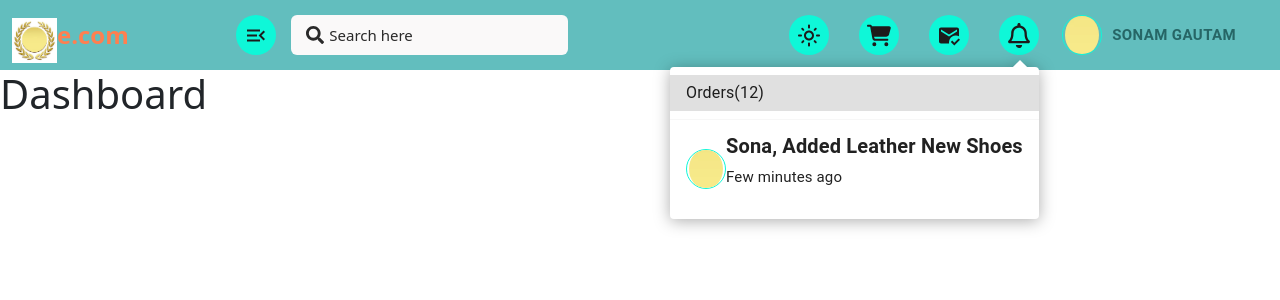
Repository: gautamsonam011/admin-react-dashboard
Page: /, after clicking the first element matching `div.col-sm-7 > :nth-child(4)`
An editor plug-in stored every save of this project. The page is shown before and after the next save, followed by the edit.
The browser window is 1280 px wide. The pictures show the whole page.
The project was rebuilt for these pictures with package versions that can differ from the ones it lists, and the page was loaded fresh each time.

Above is the page before, as saved 2025-04-15 13:06:29.

### src/App.js
import { BrowserRouter, Routes, Route } from 'react-router-dom';
import './App.css';
import 'bootstrap/dist/css/bootstrap.min.css';
import Dashboard from './pages/Dashboard/Dashboard';
import Header from "./components/Header/index";
function App() {
  return (
    <BrowserRouter>
    <Header/>
    <Routes>
      <Route path = "/" exact={true} element={<Dashboard/>} />
    </Routes>
    </BrowserRouter>
  );
}

export default App;

### src/App.css
@import url('https://fonts.googleapis.com/css2?family=Ubuntu:ital,wght@0,300;0,400;0,500;0,700;1,300;1,400;1,500;1,700&display=swap');

body{
  font-family: "Ubuntu", sans-serif;
  background-color: #f4f8f7;

}

header{
  width:100%;
  height: 70px;
  background-color:#62bebe;
}
header .logo{
  text-decoration: none;
}
header .logo img{
  margin-top: 10px;
  width:45px;

}

header .logo span{
color: coral;
font-weight: bolder;
font-size: 24px;
}
header button.rounded-circle{min-width:40px !important; width:40px !important; height: 40px !important; background-color:#0ff7d8 !important; margin: 15px;}
header button.rounded-circle svg{color:rgb(29, 27, 27); font-size: 25px !important; transition: all 0.2s ease-in-out;}
header button.rounded-circle:hover svg{color: #2585d4 !important;}
.searchBox{width:400px; height: 40px; background-color:#faf9f9; border-radius: 6px;padding: 3px 15px;}
.searchBox input{background: transparent;border:0px; outline:none; padding-left: 5px; font-size: 15px; color:#292929}
.searchBox input::-webkit-input-placeholder{color:#292929}
.searchBox svg{font-size: 18px; color:#292929 ;}

.userImg{display: flex; align-items:center; justify-content: center; overflow: hidden; width:40px; height: 40px; border:1px solid #0ff7d8; padding: 2px; border-radius: 100%;}
.userImg .rounded-circle{display: flex; align-items:center; justify-content: center; overflow: hidden; width: 40px; height: 40px; cursor: pointer; position: relative;}
.userImg .rounded-circle .img{object-fit: cover; width: 100%;}
.userInfo{padding-left: 10px;}
.userInfo h5{font-size: 15px; font-weight: 600; margin-bottom:0px; color: #266666;}

#account-menu li{font-size: 14px !important;}
#account-menu li svg{font-size: 20px !important}

.dropdown-list h4{font-size: 20px; font-weight:600;}
.dropdown-info p{font-size: 15px;}

### src/pages/Dashboard/Dashboard.jsx
const Dashboard = () =>{
    return (
        <>
        <h1>Dashboard</h1>
        </>
    )
}

export default Dashboard;

### src/components/Header/index.jsx
import React, { useState } from 'react';
import { Link } from "react-router-dom";
import logo from "../../assests/images/logo.jpg";
import Button from '@mui/material/Button';
import { MdMenuOpen } from "react-icons/md";
// import { MdOutlineMenu } from "react-icons/md";
import SearchBox from "../SearchBox";
import { MdOutlineLightMode } from "react-icons/md";
// import { MdDarkMode } from "react-icons/md";
import { FaCartShopping } from "react-icons/fa6";
import { MdMarkEmailRead } from "react-icons/md";
import { FaRegBell } from "react-icons/fa";


import Avatar from '@mui/material/Avatar';
import Menu from '@mui/material/Menu';
import MenuItem from '@mui/material/MenuItem';
import ListItemIcon from '@mui/material/ListItemIcon';
import Divider from '@mui/material/Divider';
import { FaShieldAlt } from "react-icons/fa";
import Settings from '@mui/icons-material/Settings';
import Logout from '@mui/icons-material/Logout';

const Header = () => {
    const [anchorEl, setAnchorEl] = useState(null);
    const [anchorElNotification, setAnchorElNotification] = useState(null);

    const open = Boolean(anchorEl);

    const handleOpenMyAccountDropdown = (event) => {
        if (anchorEl) {
            setAnchorEl(null);
        } else {
            setAnchorEl(event.currentTarget);
        }
    };

    const handleOpenMyAccountDropdownClose = () => {
        setAnchorEl(null);
    };

    // For Notification dropdown
    const handleOpennotificationsDrop = (event) => {
        setAnchorElNotification(event.currentTarget);
    };

    const handleClosenotificationsDrop = () => {
        setAnchorElNotification(null);
    };



    return (
        <>
            <header>
                <div className="container-fluid">
                    <div className="row d-flex align-items-center w-100">
                        {/* logo */}
                        <div className="col-sm-2">
                            <Link to="/" className="d-flex align-items-center logo">
                                <img src={logo} alt="logo" />
                                <span className="ml-2">e.com</span>
                            </Link>
                        </div>
                        <div className="col-sm-3 d-flex align-items-center pl-4">
                            <Button className="rounded-circle"><MdMenuOpen /></Button>
                            <SearchBox />
                        </div>
                        <div className="col-sm-7 d-flex align-items-center justify-content-end part3">
                            <Button className="rounded-circle"><MdOutlineLightMode /></Button>
                            <Button className="rounded-circle"><FaCartShopping /></Button>
                            <Button className="rounded-circle"><MdMarkEmailRead /></Button>
                            <Button className="rounded-circle" onClick={handleOpennotificationsDrop}>
                                <FaRegBell />
                            </Button>
                            <Menu
                                anchorEl={anchorElNotification}
                                open={Boolean(anchorElNotification)}
                                onClose={handleClosenotificationsDrop}
                                onClick={handleClosenotificationsDrop}
                                slotProps={{
                                    paper: {
                                        elevation: 0,
                                        sx: {
                                            overflow: 'visible',
                                            filter: 'drop-shadow(0px 2px 8px rgba(0,0,0,0.32))',
                                            mt: 1.5,
                                            '&::before': {
                                                content: '""',
                                                display: 'block',
                                                position: 'absolute',
                                                top: 0,
                                                right: 14,
                                                width: 10,
                                                height: 10,
                                                bgcolor: 'background.paper',
                                                transform: 'translateY(-50%) rotate(45deg)',
                                                zIndex: 0,
                                            },
                                        },
                                    },
                                }}
                                transformOrigin={{ horizontal: 'right', vertical: 'top' }}
                                anchorOrigin={{ horizontal: 'right', vertical: 'bottom' }}
                            >
                                <MenuItem onClick={handleClosenotificationsDrop}>
                                    Orders(12)
                                </MenuItem>
                                <Divider className="mb-2" />
                                <MenuItem onClick={handleClosenotificationsDrop}>
                                    <div className="d-flex align-items-center dropdown-list">
                                    <div className="userImg">
                                        <span className="rounded-circle">
                                            <img src={logo} alt="profile" />
                                        </span>

                                    </div>
                                    <div className='dropdown-info'>
                                        <h4>Sona, Added Leather New Shoes</h4>
                                        <p>Few minutes ago</p>
                                    </div>
                                    </div>
                                </MenuItem>
                            </Menu>

                            <div className="myAccountWrapper">
                                <Button className="myAccount d-flex align-items-center" onClick={handleOpenMyAccountDropdown}>
                                    <div className="userImg">
                                        <span className="rounded-circle">
                                            <img src={logo} alt="profile" />
                                        </span>

                                    </div>
                                    <div className="userInfo">
                                        <h5>Sonam Gautam</h5>
                                    </div>

                                    <Menu
                                        anchorEl={anchorEl}
                                        id="account-menu"
                                        open={open}
                                        onClose={handleOpenMyAccountDropdownClose}
                                        onClick={handleOpenMyAccountDropdownClose}
                                        slotProps={{
                                            paper: {
                                                elevation: 0,
                                                sx: {
                                                    overflow: 'visible',
                                                    filter: 'drop-shadow(0px 2px 8px rgba(0,0,0,0.32))',
                                                    mt: 1.5,
                                                    '& .MuiAvatar-root': {
                                                        width: 32,
                                                        height: 32,
                                                        ml: -0.5,
                                                        mr: 1,
                                                    },
                                                    '&::before': {
                                                        content: '""',
                                                        display: 'block',
                                                        position: 'absolute',
                                                        top: 0,
                                                        right: 14,
                                                        width: 10,
                                                        height: 10,
                                                        bgcolor: 'background.paper',
                                                        transform: 'translateY(-50%) rotate(45deg)',
                                                        zIndex: 0,
                                                    },
                                                },
                                            },
                                        }}
                                        transformOrigin={{ horizontal: 'right', vertical: 'top' }}
                                        anchorOrigin={{ horizontal: 'right', vertical: 'bottom' }}
                                    >
                                        <MenuItem onClick={handleOpenMyAccountDropdownClose}>
                                            <Avatar /> Profile
                                        </MenuItem>
                                        <Divider />
                                        <MenuItem onClick={handleOpenMyAccountDropdownClose}>
                                            <ListItemIcon>
                                                <FaShieldAlt fontSize="small" />
                                            </ListItemIcon>
                                            Reset Password
                                        </MenuItem>
                                        <MenuItem onClick={handleOpenMyAccountDropdownClose}>
                                            <ListItemIcon>
                                                <Settings fontSize="small" />
                                            </ListItemIcon>
                                            Settings
                                        </MenuItem>
                                        <MenuItem onClick={handleOpenMyAccountDropdownClose}>
                                            <ListItemIcon>
                                                <Logout fontSize="small" />
                                            </ListItemIcon>
                                            Logout
                                        </MenuItem>
                                    </Menu>
                                </Button>
                            </div>
                        </div>
                    </div>
                </div>
            </header>
        </>
    )
}

export default Header

### src/components/SearchBox.jsx
import { FaSearch } from "react-icons/fa";

const SearchBox = () =>{
    return (
        <div className="searchBox position-relative d-flex align-items-center">
            <FaSearch className="mr-2" />
            <input type="text" placeholder="Search here"  />
        </div>
    )
}

export default SearchBox;

Loaded but not shown: public/index.html (common file); src/index.js (common file); src/reportWebVitals.js (common file)

After the next save:
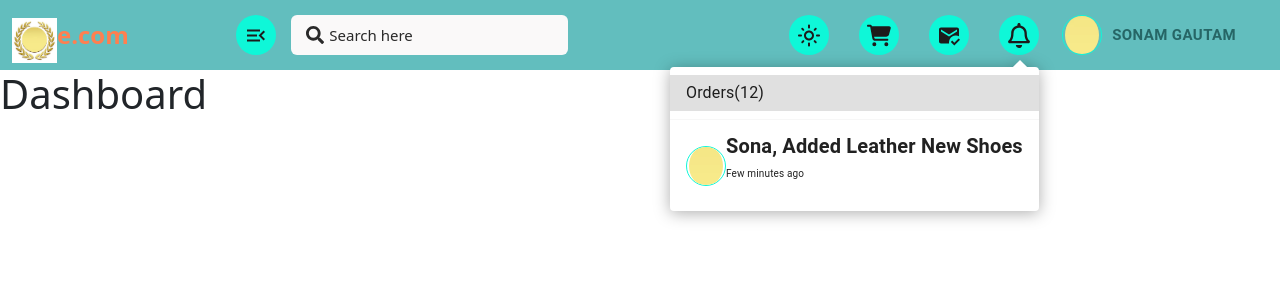
Saved 16 s later.
--- a/src/App.css
+++ b/src/App.css
@@ -43,4 +43,4 @@ header button.rounded-circle:hover svg{color: #2585d4 !important;}
 #account-menu li svg{font-size: 20px !important}
 
 .dropdown-list h4{font-size: 20px; font-weight:600;}
-.dropdown-info p{font-size: 15px;}
+.dropdown-info p{font-size: 10px;}
